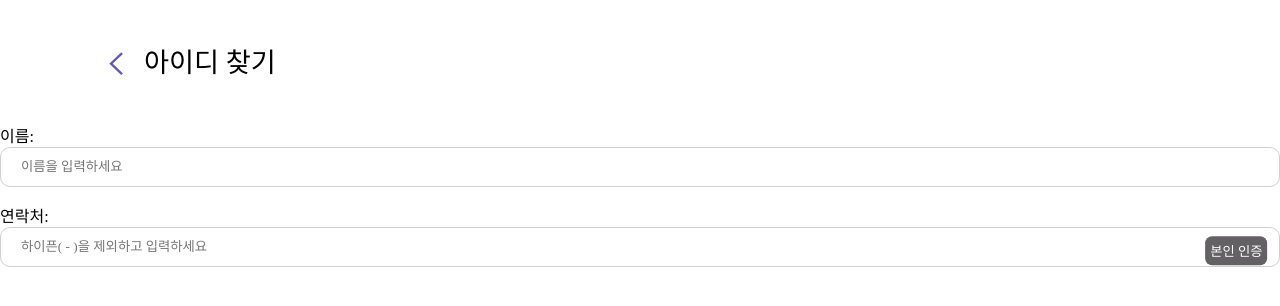
Repository: PEPI-dev/UI
Page: find_id_pw/findId.html
An editor plug-in stored every save of this project. The page is shown before and after a run of saves, followed by the edit.
The browser window is 1280 px wide. The pictures show the whole page.
Some web fonts or font styles are not loaded; a fallback is used.

Above is the page before, as saved 2023-12-05 16:36:00.

After the next 2 saves:
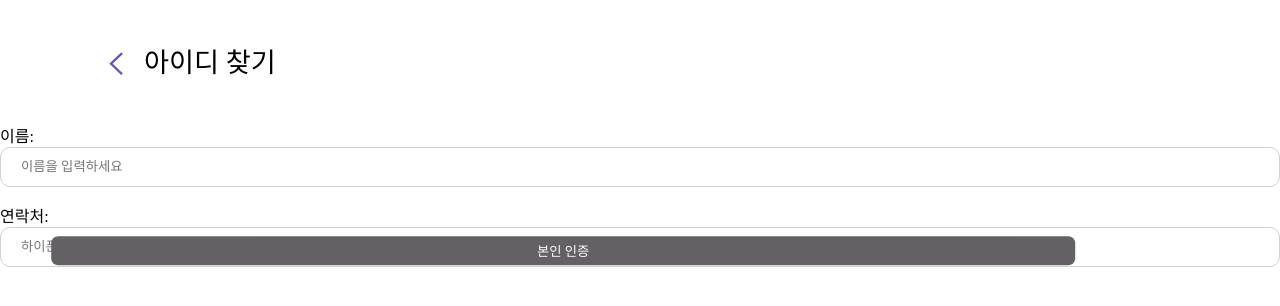
The 2 saves are shown as one change because they came seconds apart.
The last was saved 5 s later.
--- a/find_id_pw/findid.css
+++ b/find_id_pw/findid.css
@@ -1,5 +1,5 @@
 .btn_inside{
-    width: fit-content;
+    width: 80%;
     text-wrap: nowrap; /*버튼 크기가 텍스트 사이즈에 맞게 커지도록 설정, 텍스트가 밑으로 가지 않고 옆으로 가게끔*/
     background-color: #636163;
     color: white;

After the save that followed:
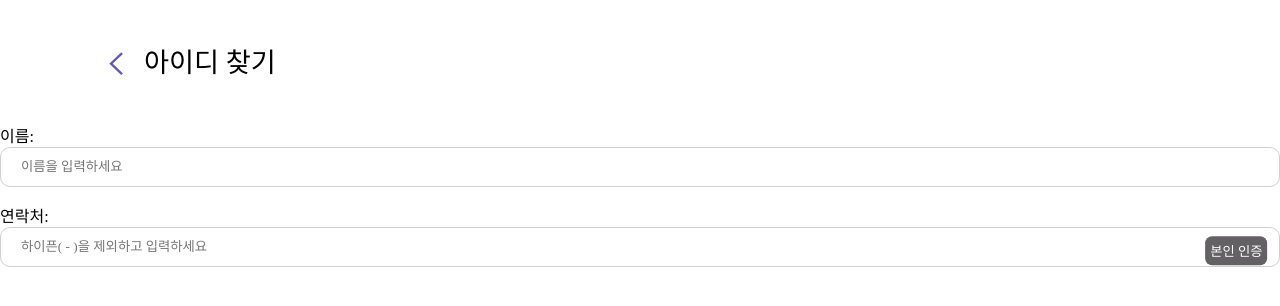
Saved 4 s later.
--- a/find_id_pw/findid.css
+++ b/find_id_pw/findid.css
@@ -1,5 +1,5 @@
 .btn_inside{
-    width: 80%;
+    width: fit-content;
     text-wrap: nowrap; /*버튼 크기가 텍스트 사이즈에 맞게 커지도록 설정, 텍스트가 밑으로 가지 않고 옆으로 가게끔*/
     background-color: #636163;
     color: white;
